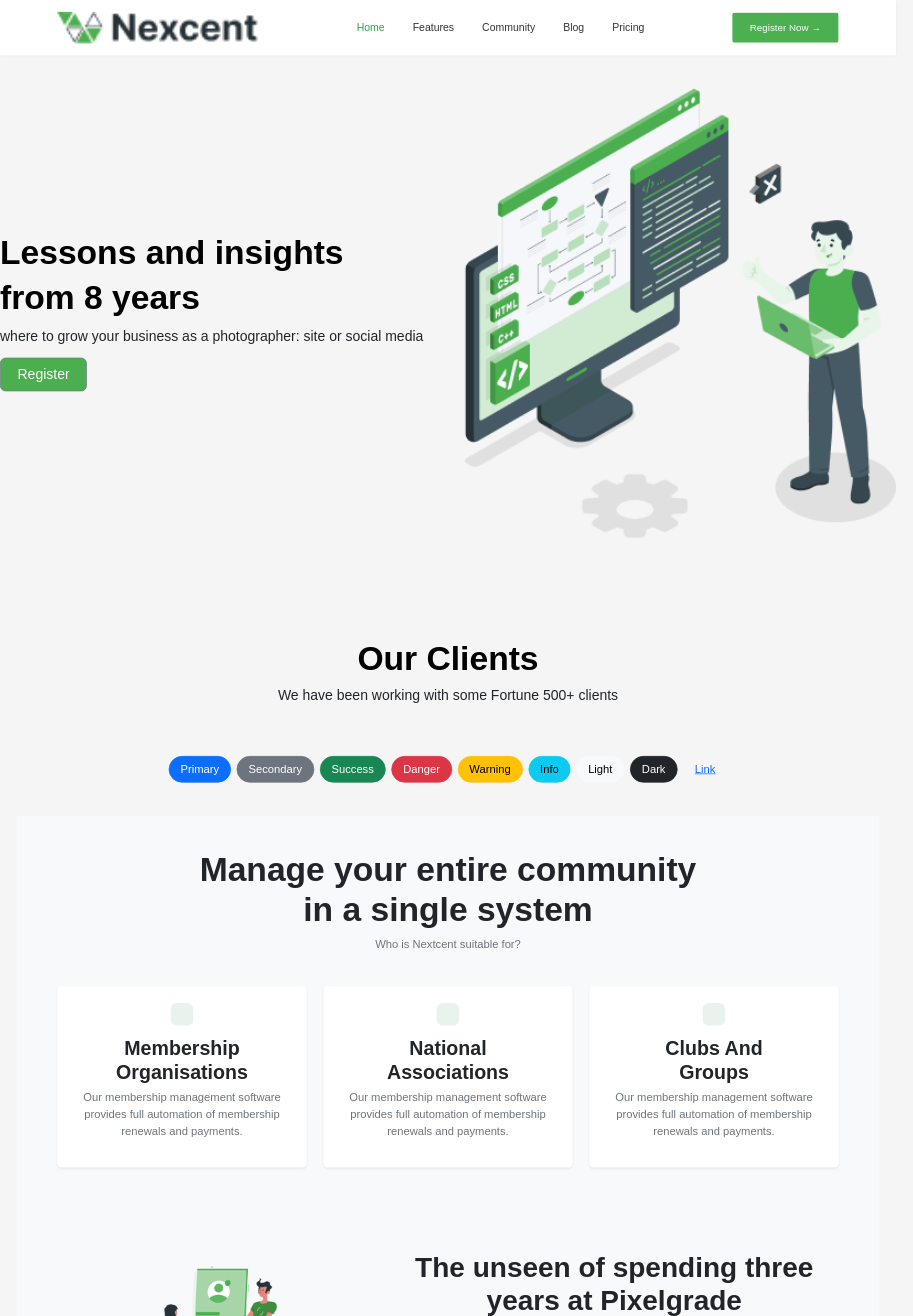
Repository: Laibaaa10/Bootstrap1
Page: index.html
The author's editor kept a copy of each file at every save. The page is drawn from the files as they stood at one save, then again after a run of saves.
The browser window is 1280 px wide. The page is 1304 px wide, then 1280 px, so the pictures cover 1304 px, including what lies to the right of the window. The pictures show the part of the page from y = 0 to 1880 px (the page is 2880 px tall before and 2891 px after), at 70% of full size.

Above is the page before, as saved 2026-06-18 08:00:25.

After the next 4 saves:
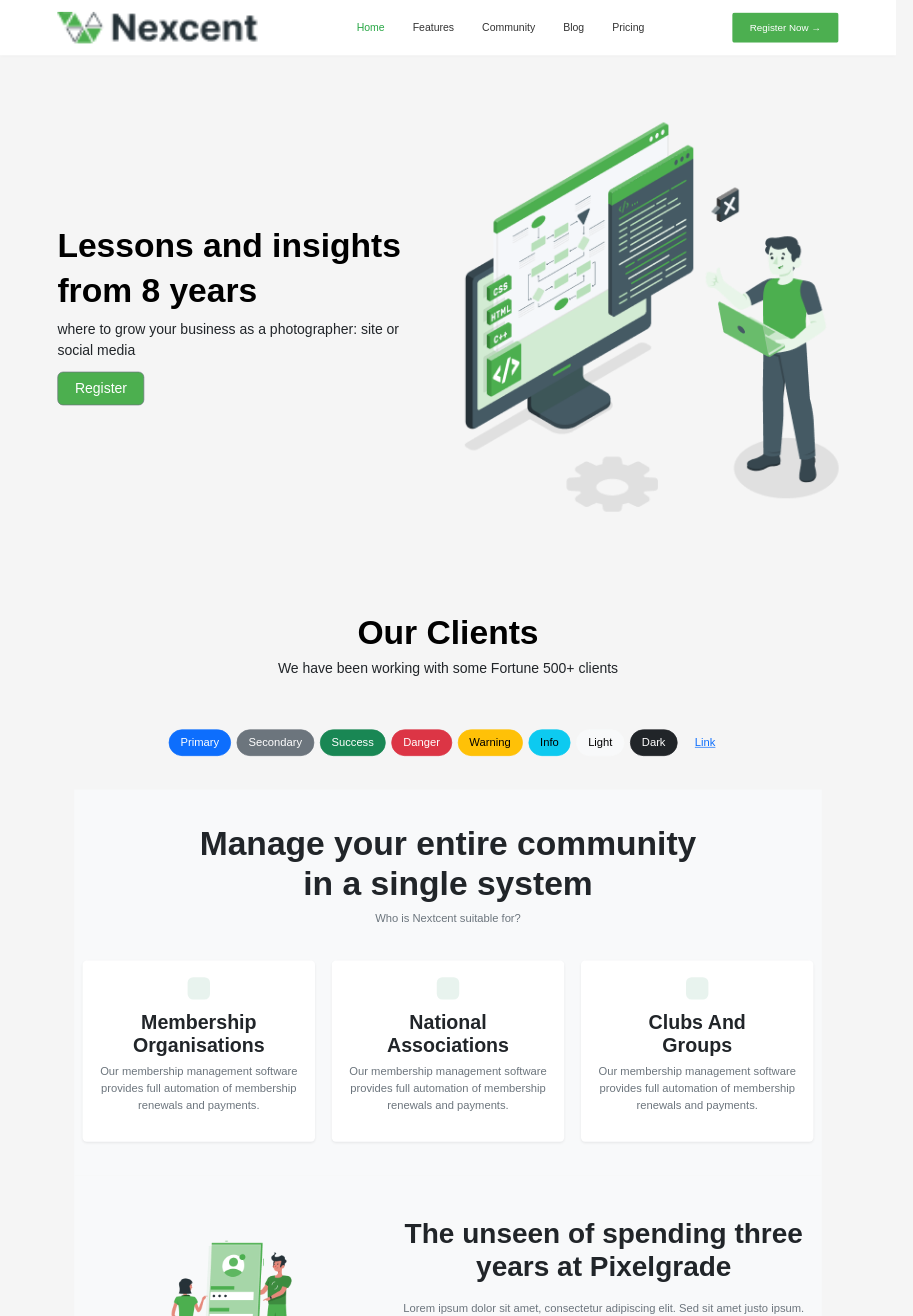
The 4 saves are shown as one change because they came seconds apart.
The last was saved 4 min 7 s later.
--- a/index.html
+++ b/index.html
@@ -55,7 +55,7 @@
     <!-- Navbar end -->
 
     <!-- Hero section start  -->
-
+<div class="container py-5">
     <div class="row flex-lg-row-reverse align-items-center g-5 py-5">
         <div class="col-10 col-sm-8 col-lg-6"> <img src="./images/Illustration.png" class="d-block mx-lg-auto img-fluid"
                 alt="Bootstrap Themes" width="700" height="500" loading="lazy"> </div>
